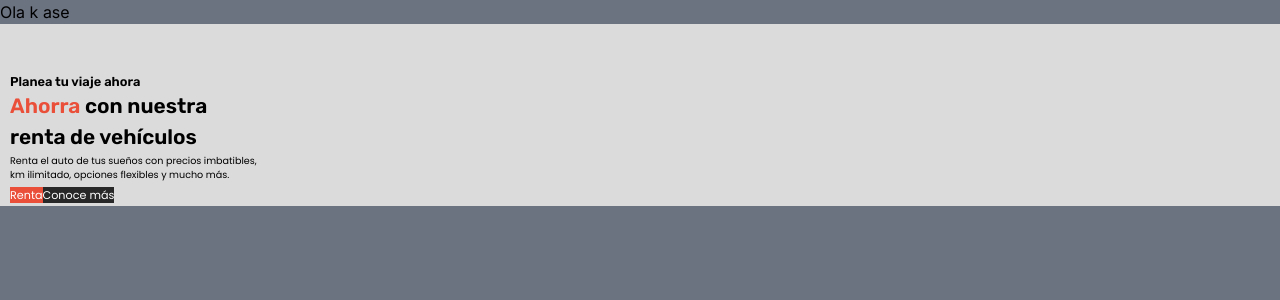
Repository: aldovelacasas/PF_RentCar2
Page: /homePage
The author's editor kept a copy of each file at every save. The page is drawn from the files as they stood at one save, then again after the next save.
The browser window is 1280 px wide. The pictures show the whole page.
The project was rebuilt for these pictures with package versions that can differ from the ones it lists, and the page was loaded fresh each time. The framework's server and built-in components were replaced by stand-ins that run in the browser. Also part of the build but not shown: next.config.js.

Above is the page before, as saved 2023-08-29 19:13:36.

After the next save:
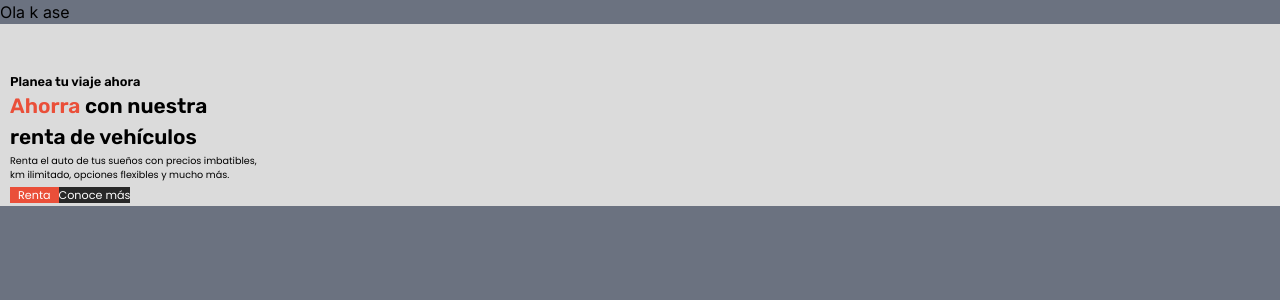
Saved 16 s later.
--- a/src/app/homePage/page.jsx
+++ b/src/app/homePage/page.jsx
@@ -31,7 +31,7 @@ function HomePage() {
         <div>
           <a
             href="#form"
-            className={`bg-naranja_enf text-white text-[0.7em] ${poppins}`}>
+            className={`bg-naranja_enf text-white text-[0.7em] px-2 ${poppins}`}>
             Renta
           </a>
           <a
